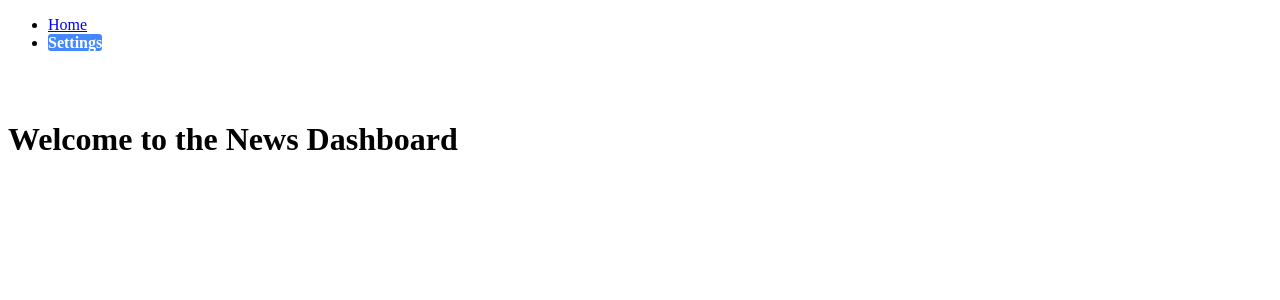
Repository: ErikBaer/News-of-the-World
Page: views/home.html
An editor plug-in stored every save of this project. The page is shown before and after the next save, followed by the edit.
The browser window is 1280 px wide. The pictures show the whole page.

Above is the page before, as saved 2020-01-19 13:34:16.

### views/home.html
<!doctype html>
<html>
    <head>
        <title> NEWS</title>
        <link rel="stylesheet" href='/public/css/style.css'>
    </head>
    <body>
        <nav>
            <ul class="navigation">
                <li><a href ="/home" class="nav-link-active">Home</a></li>
                <li><a href ="/settings" class= 'nav-link'> Settings</a> </li>
            </ul>
        </nav>
        <main>
            <h1>Welcome to the News Dashboard</h1>
        </main>
    </body>
</html>

### public/css/style.css
body {
    font.family: sans-serif;
}

nav {
    padding-bottom: 2em;
}

.navigation-li {
    float: left;
    margin-right: 2em;
    list-style: none;
}

.nav-link {
   padding: 5 px 10 px;
   font-weight: bold;
   color: #fff;
   text-decoration: none;
   background-color: #4488ff;
   border-radius: 3px;
}

.nav-link.active,
.nav-link.active:hover {
    background-color: #ffaa44
}

.nav-link:hover {
    background-color: #5599ff
}

After the next save:
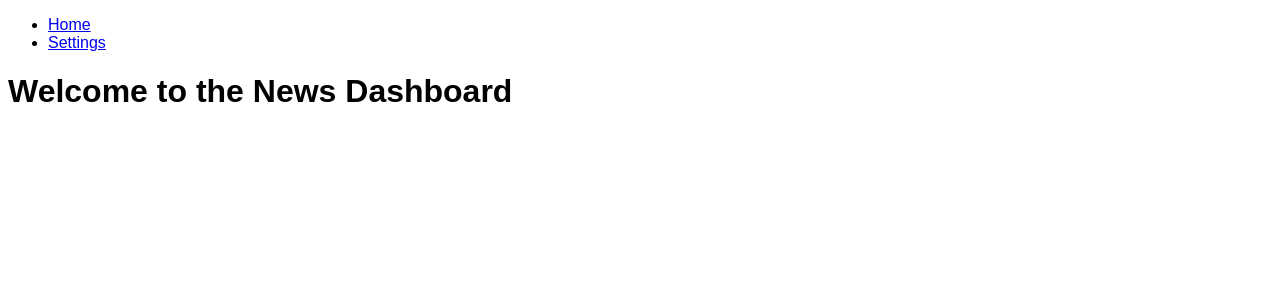
Saved 2 min 30 s later.
--- a/public/css/style.css
+++ b/public/css/style.css
@@ -1,31 +1,7 @@
 body {
-    font.family: sans-serif;
+    font-family:sans-serif;
 }
 
 nav {
-    padding-bottom: 2em;
+
 }
-
-.navigation-li {
-    float: left;
-    margin-right: 2em;
-    list-style: none;
-}
-
-.nav-link {
-   padding: 5 px 10 px;
-   font-weight: bold;
-   color: #fff;
-   text-decoration: none;
-   background-color: #4488ff;
-   border-radius: 3px;
-}
-
-.nav-link.active,
-.nav-link.active:hover {
-    background-color: #ffaa44
-}
-
-.nav-link:hover {
-    background-color: #5599ff
-}
